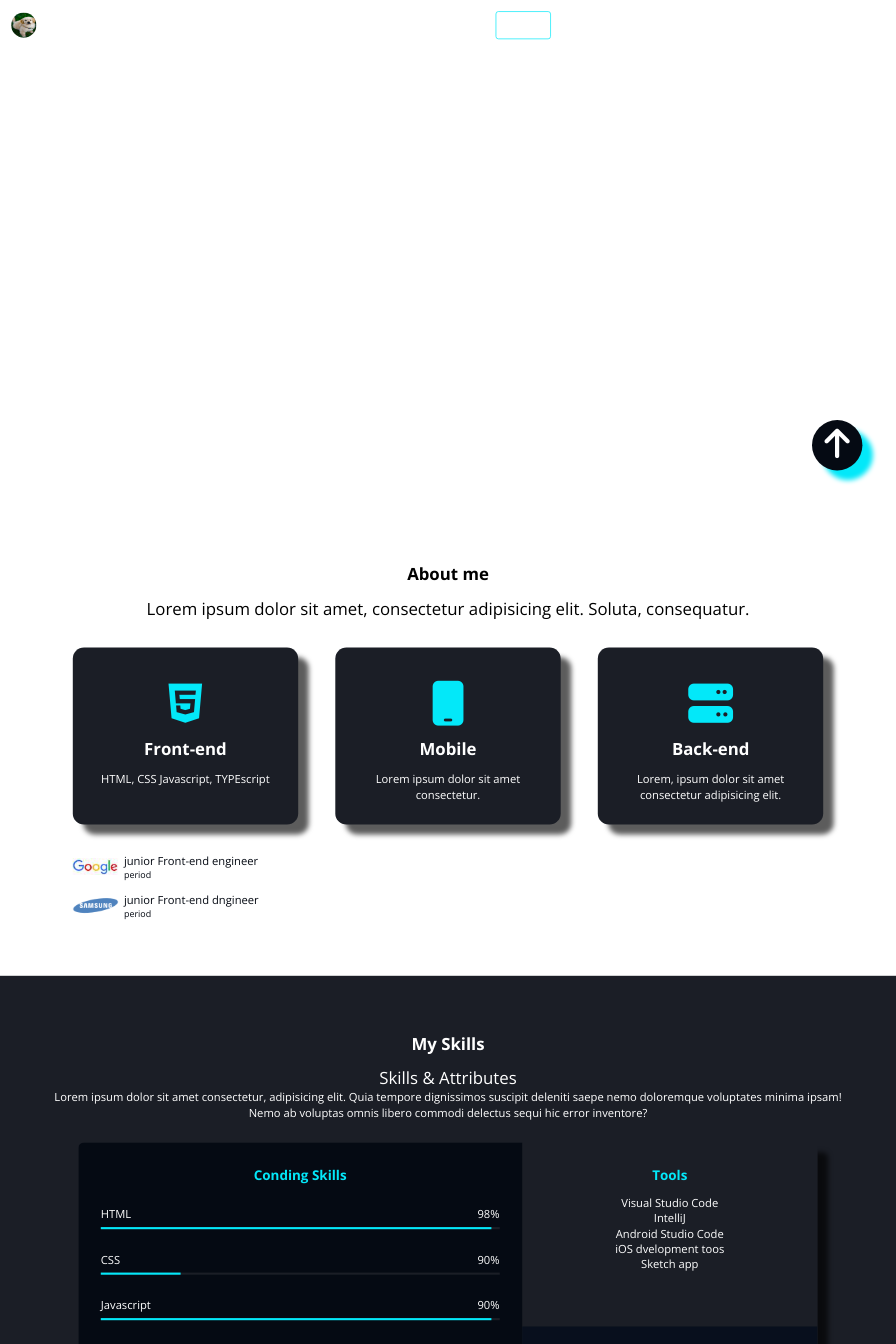
Repository: Arden-Sol/portfolio-website-clone-coding
Page: index.html
The author's editor kept a copy of each file at every save. The page is drawn from the files as they stood at one save, then again after the next save.
The browser window is 1280 px wide. The pictures show the part of the page from y = 0 to 1920 px (the page is 4153 px tall), at 70% of full size.
Some web libraries are served in a nearby version.

Above is the page before, as saved 2024-04-04 23:04:19.

After the next save:
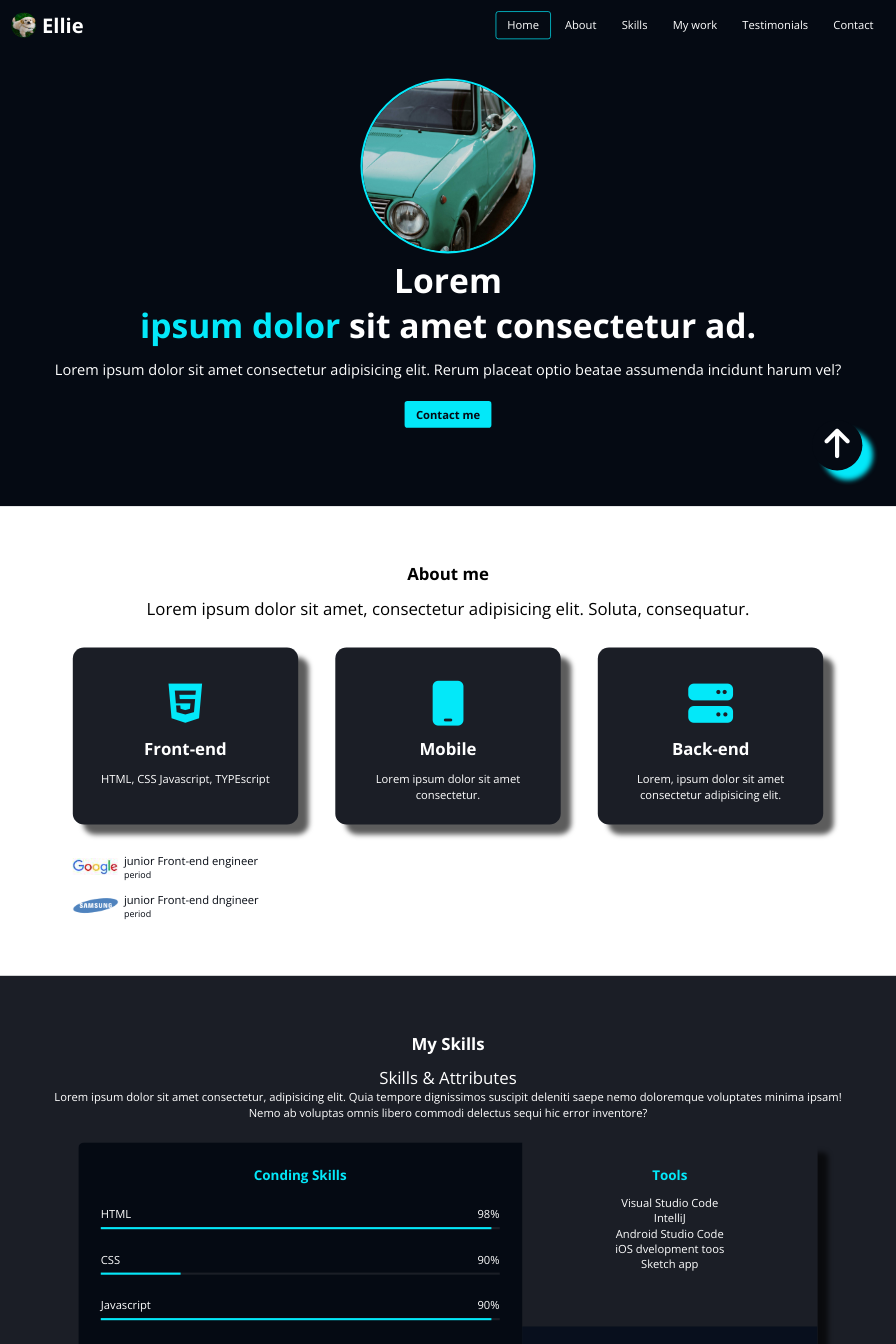
Saved 5 s later.
--- a/src/main.js
+++ b/src/main.js
@@ -19,5 +19,5 @@ document.addEventListener('scroll', event => {
 
   // home.style.opacity = 1 - (event.scrollY / homeHeight);
   // console.log(window.scrollY / homeHeight);
-  home.style.opacity = 0;
+  home.style.opacity = 1;
 });
